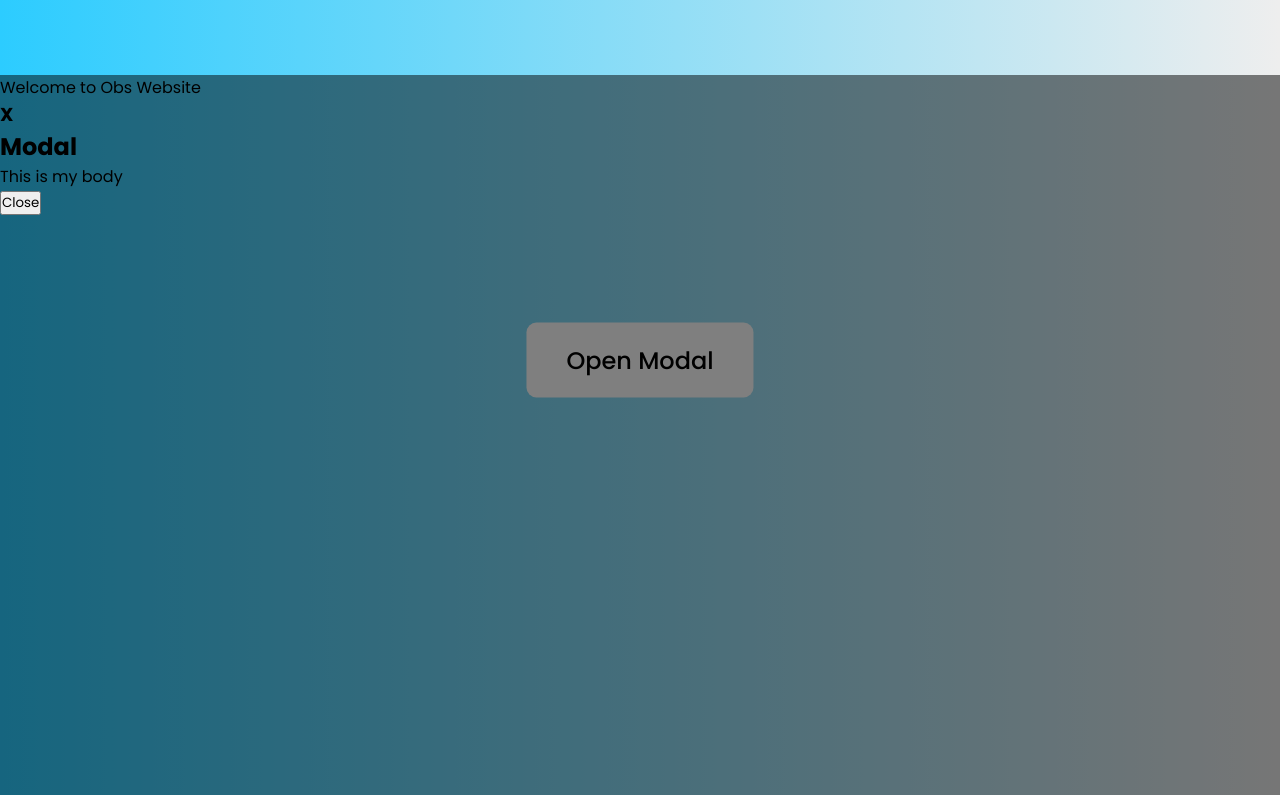
Repository: lausamtuong/Modal_card
Page: index.html
The author's editor kept a copy of each file at every save. The page is drawn from the files as they stood at one save, then again after the next save.
The browser window is 1280 px wide. The pictures show the whole page.
The style sheet was rebuilt from its Sass, Less or Tailwind sources for each picture, by a compiler version that may differ from the author's.

Above is the page before, as saved 2021-12-15 06:46:31.

### index.html
<!DOCTYPE html>
<html lang="en">
<head>
    <meta charset="UTF-8">
    <meta http-equiv="X-UA-Compatible" content="IE=edge">
    <meta name="viewport" content="width=device-width, initial-scale=1.0">
    <link rel="stylesheet" href="style.css">
    <link href="https://fonts.googleapis.com/css2?family=Poppins:wght@400;500;700&display=swap" rel="stylesheet">
    <title>Document</title>
</head>
<body>
    <button class="open__btn">Open Modal</button>
    <div class="modal">
        <div class="modal__inner">
            <div class="modal__header">
                <p>Welcome to Obs Website</p>
                <h3>X</h3>
            </div>
            <div class="modal__body">
                <h2>Modal</h2>
                <p>This is my body</p>
            </div>
            <div class="modal__footer">
                <button class="modal__close-btn">Close</button>
            </div>
        </div>
    </div>
</body>
</html>

### style.scss
*{
    margin: 0;
    padding: 0;
    box-sizing: border-box;
    font-family: 'Poppins', sans-serif;
}
body{
    height: 100vh;
    background:  linear-gradient( to right,#2cccff ,#eee );;
}
.open__btn{
     position: relative;;
   top:50%;
   left:50%;
   transform: translate(-50%,-50%);
   outline: none;
   border: none;
   padding : 20px 40px;
   font-weight: 500;
   font-size: 1.5rem;
   border-radius: 10px;
   background-color:#fff;
   &:hover{
      opacity: 0.7;
       cursor: pointer;
       transition: 0.5s;
   }
}
.modal{
    background-color: rgba(0,0,0,0.5);
    position:relative;
    top:0;
    height:100vh;
    width:100vw;
}

After the next save:
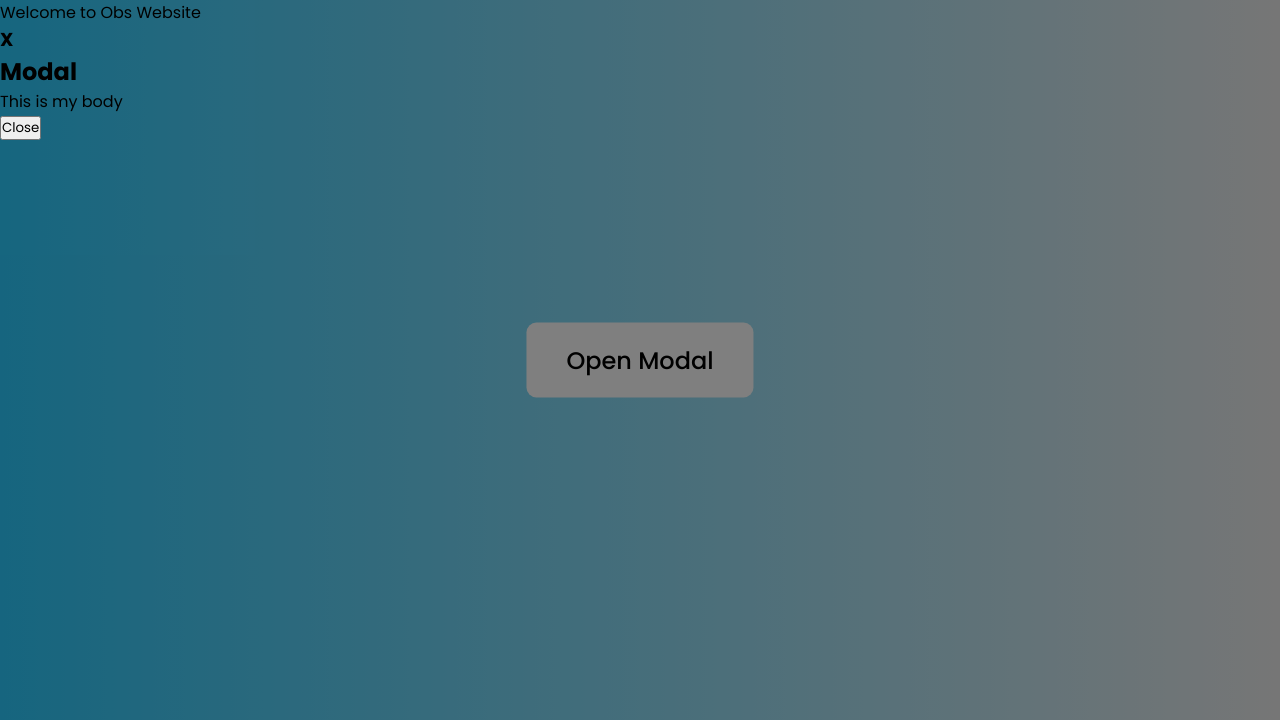
Saved 11 s later.
--- a/style.scss
+++ b/style.scss
@@ -28,7 +28,7 @@ body{
 }
 .modal{
     background-color: rgba(0,0,0,0.5);
-    position:relative;
+    position:fixed;
     top:0;
     height:100vh;
     width:100vw;
